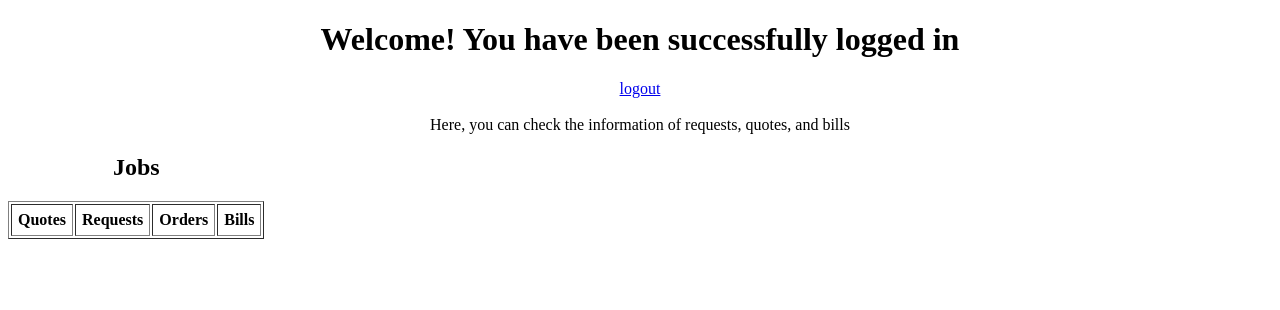
Repository: Sahithkonuganti/DatabaseProject
Page: http://localhost/database/clientpage.jsp
An editor plug-in stored every save of this project. The page is shown before and after the next save, followed by the edit.
The browser window is 1280 px wide. The pictures show the whole page.
The page is served by Tomcat 9. Other server files are loaded and not shown.

Above is the page before, as saved 2023-10-28 14:17:11.

### database/WebContent/clientpage.jsp
<%@ page language="java" contentType="text/html; charset=ISO-8859-1"
    pageEncoding="ISO-8859-1"%>
<%@ taglib uri="http://java.sun.com/jsp/jstl/core" prefix="c" %>

<!DOCTYPE html>
<html>
<head>
<meta charset="ISO-8859-1">
</head>
<!--  originally called activitypage.jsp -->
<head>
<meta charset="ISO-8859-1">
<title>Activity page</title>
</head>

<center><h1>Welcome! You have been successfully logged in</h1> </center>
	<body>
	 <center>
		 <a href="login.jsp"target ="_self" > logout</a><br><br>
		 <a>Here, you can check the information of requests, quotes, and bills</a>
		 </center>
		 <table border="1" cellpadding="6">
			<caption><h2>Jobs</h2></caption>
				<tr>
					<th>Quotes</th>
					<th>Requests</th>
					<th>Orders</th>
					<th>Bills</th>
				</tr>
			</table>
		</div>
	</center>
	</body>
	</body>

</html>

After the next save:
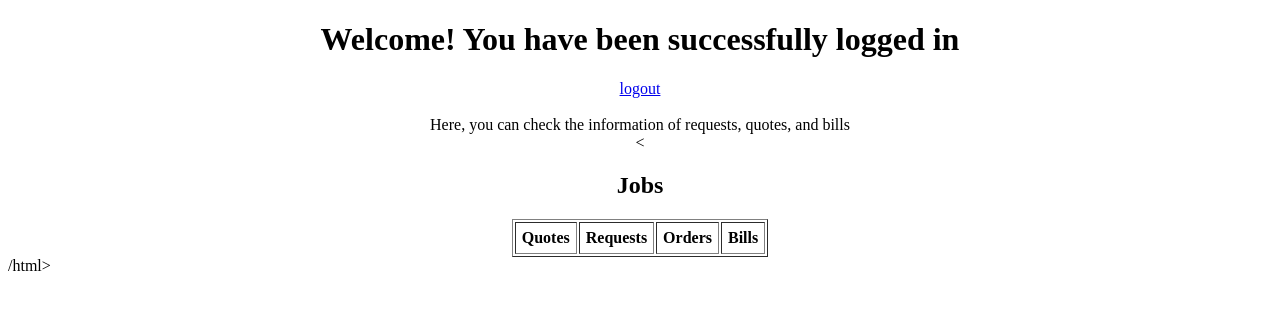
Saved 34 s later.
--- a/database/WebContent/clientpage.jsp
+++ b/database/WebContent/clientpage.jsp
@@ -6,20 +6,17 @@
 <html>
 <head>
 <meta charset="ISO-8859-1">
+<title>Client page</title>
 </head>
 <!--  originally called activitypage.jsp -->
-<head>
-<meta charset="ISO-8859-1">
-<title>Activity page</title>
-</head>
+<center><h1>Welcome! You have been successfully logged in</h1> </center>
 
-<center><h1>Welcome! You have been successfully logged in</h1> </center>
+
 	<body>
-	 <center>
-		 <a href="login.jsp"target ="_self" > logout</a><br><br>
-		 <a>Here, you can check the information of requests, quotes, and bills</a>
-		 </center>
-		 <table border="1" cellpadding="6">
+	<center>
+	<a href="login.jsp"target ="_self" > logout</a><br><br>
+		<a>Here, you can check the information of requests, quotes, and bills</a>
+			<div align="center"><				<table border="1" cellpadding="6">
 			<caption><h2>Jobs</h2></caption>
 				<tr>
 					<th>Quotes</th>
@@ -30,7 +27,4 @@
 			</table>
 		</div>
 	</center>
-	</body>
-	</body>
-
-</html>
+	</body>/html>
